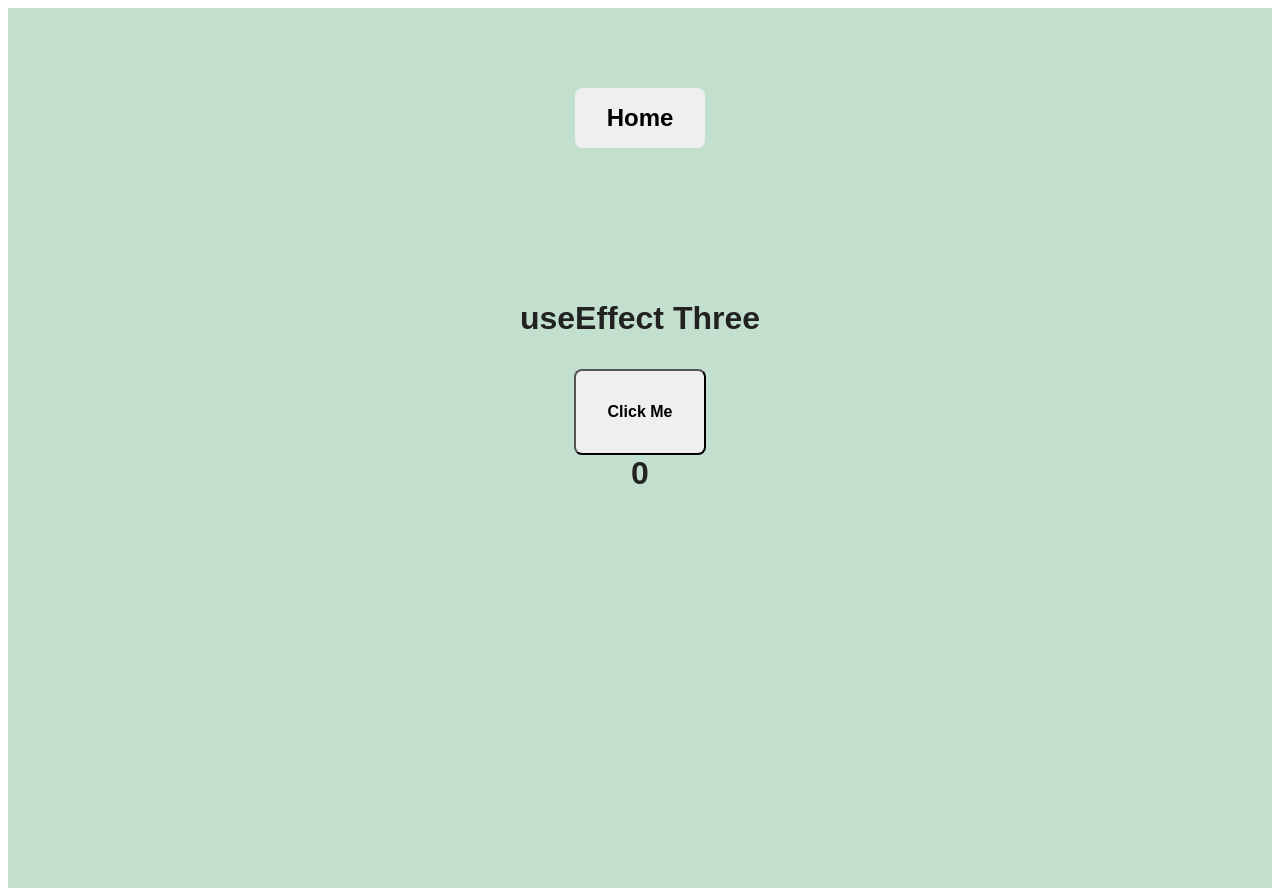
Repository: giovanabirck/class8
Page: /useEffectThree
The author's editor kept a copy of each file at every save. The page is drawn from the files as they stood at one save, then again after the next save.
The browser window is 1280 px wide. The pictures show the whole page.
The project was rebuilt for these pictures with package versions that can differ from the ones it lists, and the page was loaded fresh each time. The framework's server and built-in components were replaced by stand-ins that run in the browser. Also part of the build but not shown: next.config.js.

Above is the page before, as saved 2023-02-23 18:17:58.

After the next save:
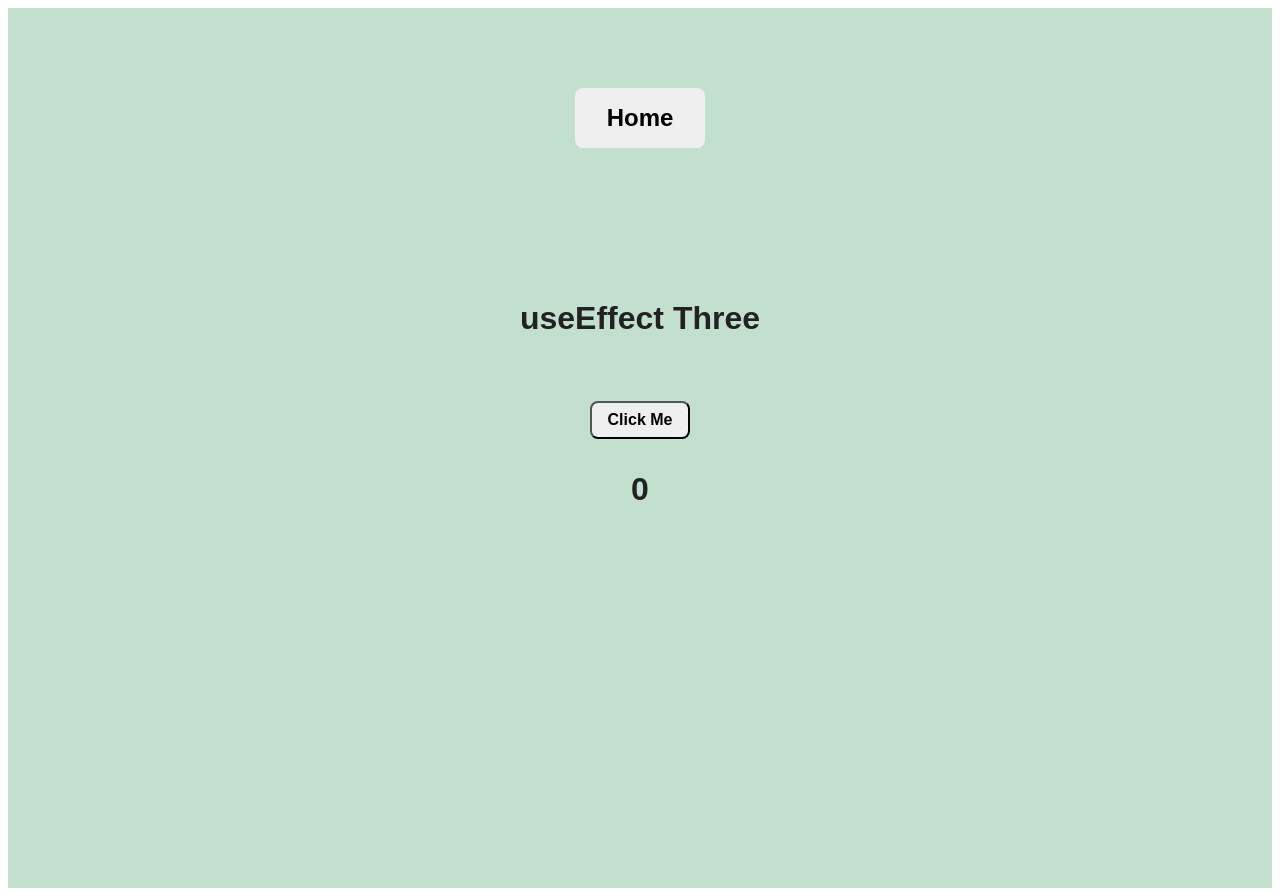
Saved 5 s later.
--- a/styles/UseEffectThree.module.css
+++ b/styles/UseEffectThree.module.css
@@ -41,5 +41,5 @@
     border-radius: 0.5rem;
     border-style: solid 2rem;
     cursor: pointer;
-    padding: 2rem;
+    margin: 2rem;
   }
